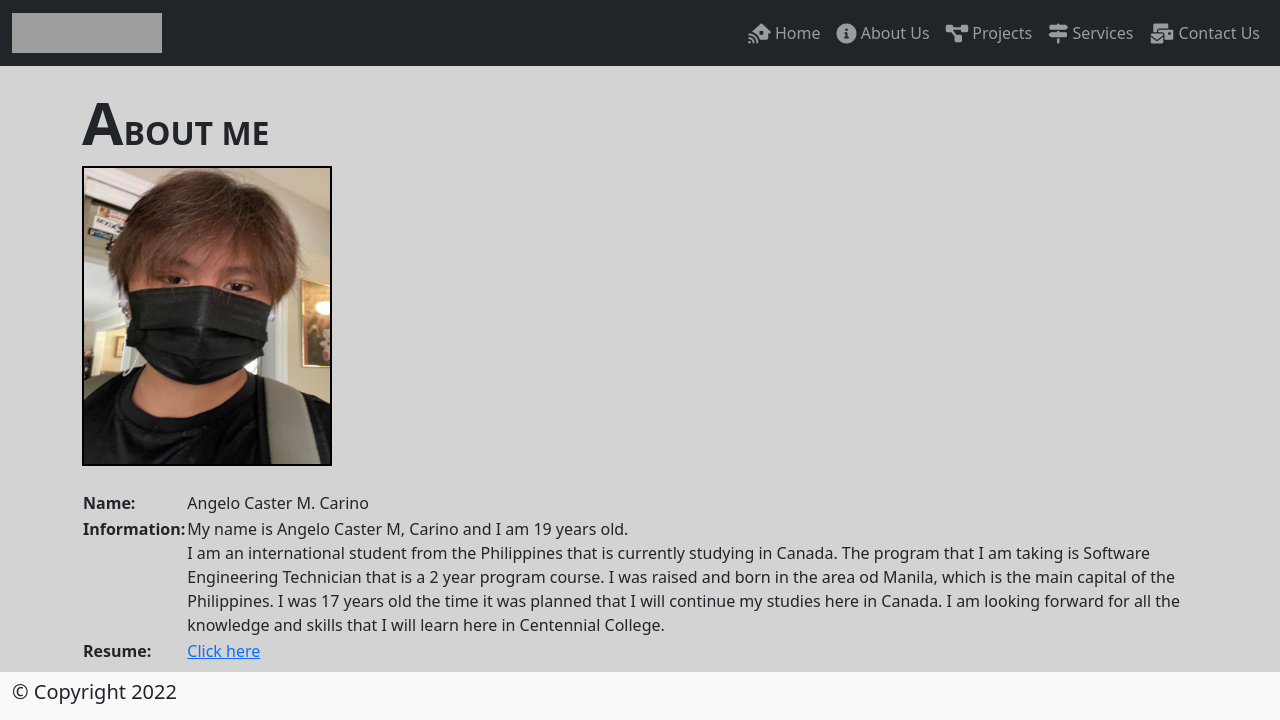
Repository: acarino4/Express-Portfolio-Site
Page: http://localhost/about
These files come from the project's save history. The page is drawn as it stood at one moment and after the next save; the edit follows.
The browser window is 1280 px wide. The pictures show the whole page.
Pictures or frames that could not be fetched are drawn as grey boxes. The page is served by the project's Node server (server.js). Other server files are loaded and not shown.

Above is the page before, as saved 2022-10-08 18:48:45.

### Server/Views/index.ejs
<!--
    *****************************************
    * File Name: MyExpressPortfolio         *
    * Students Name: Jenyll Mabborang       *
    * Student ID: 301225121                 *
    * Date: June 06, 2022                   *
    *****************************************
-->

<!DOCTYPE html>
<html lang="en">
<head>
    <meta charset="UTF-8">
    <meta http-equiv="X-UA-Compatible" content="IE=edge">
    <meta name="viewport" content="width=device-width, initial-scale=1.0">
    <title><%= title %></title>
    <!-- CSS Goes Here -->
    <link rel="stylesheet" href="./bootstrap/dist/css/bootstrap.min.css">
    <link rel="stylesheet" href="./@fortawesome/fontawesome-free/css/all.min.css">
    <link rel="stylesheet" href="./Content/app.css">
</head>
<body>
    <!-- Main Navigation Section -->
    <header>
        <%- include('components/header.ejs'); %> <!-- Inserts or injects my header.ejs inside my header-->
    </header>

    <!-- Content Section -->
    <main>
        <%- include('content/' + page + '.ejs'); %>
    </main>

    <!-- Site-wide Footer Section -->
    <footer>
        <!-- Site-wide footer -->
        <%- include('components/footer.ejs'); %> <!-- Inserts or injects my footerr.ejs inside my footer-->
    </footer>

    <!-- JavaScript goes here -->
    <script src="./jquery/dist/jquery.min.js"></script>
    <script src="./bootstrap/dist/js/bootstrap.min.js"></script>
    <script src="./@fortawesome/fontawesome-free/js/all.min.js"></script>
    <script src="./Scripts/app.js"></script>
</body>
</html>

### Server/Views/components/header.ejs
<!--
  Name: Angelo Caster M. Carino
  Student ID: 301223955
  Assignment 1: Express Portfolio Site
-->
<nav class="navbar navbar-expand-lg navbar-dark bg-dark">
    <div class="container-fluid">
      <a class="navbar-brand" href="/"><img src="./Assets/images/logo.png" alt="" width="150" height="40"></i> </a>
      <button class="navbar-toggler" type="button" data-bs-toggle="collapse" data-bs-target="#navbarSupportedContent" aria-controls="navbarSupportedContent" aria-expanded="false" aria-label="Toggle navigation">
        <span class="navbar-toggler-icon"></span>
      </button>
      <div class="collapse navbar-collapse" id="navbarSupportedContent">
        <ul class="navbar-nav ms-auto mb-2 mb-lg-0">

          <!-- Home Page link -->
          <li class="nav-item">
            <a class="nav-link" aria-current="page" href="/home"><i class="fa-solid fa-house-signal fa-lg"></i> Home</a>
          </li>

          <!-- About Page link -->
          <li class="nav-item">
            <a class="nav-link" aria-current="page" href="/about"><i class="fa-solid fa-circle-info fa-lg"></i></i> About Us</a>
          </li>

          <!-- Projects Page link -->
          <li class="nav-item">
            <a class="nav-link" aria-current="page" href="/projects"><i class="fa-solid fa-diagram-project fa-lg"></i></i> Projects</a>
          </li>

          <!-- Services Page link -->
          <li class="nav-item">
            <a class="nav-link" aria-current="page" href="/services"><i class="fa-solid fa-signs-post fa-lg"></i></i> Services</a>
          </li>

          <!-- Contact Page link -->
          <li class="nav-item">
            <a class="nav-link" aria-current="page" href="/contact"><i class="fa-solid fa-envelopes-bulk fa-lg"></i> Contact Us</a>
          </li>

        </ul>
      </div>
    </div>
  </nav>

### Server/Views/content/about.ejs
<!--
  Name: Angelo Caster M. Carino
  Student ID: 301223955
  Assignment 1: Express Portfolio Site
-->
<!-- ABOUT.EJS body content section -->
<head>
    <style>
        body {
            background-color:lightgray;
        }
        .div1 {
            border: 1px solid black;
            padding: 12px;
            background-color: grey;
        }

   </style>

</head>
<div class="container" style="padding-top: 20px;">
    <h2><strong><span style = "font-size: 60px">A</span>BOUT ME</strong></h2>
    <table>
        <!-- My personal image -->
        <img src="./Assets/images/caster.jpg" alt="" width="250" height="300" style = "border: 2px solid black; border-style: double;">
        <br>
        <br>
        <div class = "">
        <tr>
            <td><strong>Name: </strong> </td>
            <td> Angelo Caster M. Carino </td>
        </tr>

        <tr>
            <!-- Short paragraph of who I am -->
            <td valign="top"><strong> Information: </strong> </td>
            <td>My name is Angelo Caster M, Carino and I am 19 years old.<br>
                I am an international student from the Philippines that is currently studying in Canada.
                The program that I am taking is Software Engineering Technician that is a 2 year program course.
                I was raised and born in the area od Manila, which is the main capital of the Philippines.
                I was 17 years old the time it was planned that I will continue my studies here in Canada.
                I am looking forward for all the knowledge and skills that I will learn here in Centennial College.




            </td>
        </tr>

        <tr>
            <!-- Link to my resume (PDF version) -->
            <td><strong> Resume: </strong></td>
            <td><a href="./Assets/pdf/Resume-Angelo-Caster-M-Carino.pdf"> Click here </a></td>
            <td></td>
        </tr>
    </table>
    </div>
</div>

### Server/Views/components/footer.ejs
<!--
  Name: Angelo Caster M. Carino
  Student ID: 301223955
  Assignment 1: Express Portfolio Site
-->

<nav class="navbar fixed-bottom bg-light">
    <div class="container-fluid">
      <h5 id="copyright">&copy; Copyright 2022 </h5>
    </div>
</nav>

### server.js
#!/usr/bin/env node
"use strict";
var __importDefault = (this && this.__importDefault) || function (mod) {
    return (mod && mod.__esModule) ? mod : { "default": mod };
};
Object.defineProperty(exports, "__esModule", { value: true });
const app_1 = __importDefault(require("./Server/Config/app"));
const debug_1 = __importDefault(require("debug"));
(0, debug_1.default)('lesson4:server');
const http_1 = __importDefault(require("http"));
const port = normalizePort(process.env.PORT || '3000');
app_1.default.set('port', port);
const server = http_1.default.createServer(app_1.default);
server.listen(port);
server.on('error', onError);
server.on('listening', onListening);
function normalizePort(val) {
    var port = parseInt(val, 10);
    if (isNaN(port)) {
        return val;
    }
    if (port >= 0) {
        return port;
    }
    return false;
}
function onError(error) {
    if (error.syscall !== 'listen') {
        throw error;
    }
    let bind = typeof port === 'string'
        ? 'Pipe ' + port
        : 'Port ' + port;
    switch (error.code) {
        case 'EACCES':
            console.error(bind + ' requires elevated privileges');
            process.exit(1);
            break;
        case 'EADDRINUSE':
            console.error(bind + ' is already in use');
            process.exit(1);
            break;
        default:
            throw error;
    }
}
function onListening() {
    let addr = server.address();
    let bind = 'pipe ' + addr;
    (0, debug_1.default)('Listening on ' + bind);
}
//# sourceMappingURL=server.js.map

### Server/Routes/index.js
"use strict";
var __importDefault = (this && this.__importDefault) || function (mod) {
    return (mod && mod.__esModule) ? mod : { "default": mod };
};
Object.defineProperty(exports, "__esModule", { value: true });
const express_1 = __importDefault(require("express"));
const router = express_1.default.Router();
router.get('/', function (req, res, next) {
    res.render('index', { title: 'Home', page: 'home' });
});
router.get('/home', function (req, res, next) {
    res.render('index', { title: 'Home', page: 'home' });
});
router.get('/about', function (req, res, next) {
    res.render('index', { title: 'About Us', page: 'about' });
});
router.get('/projects', function (req, res, next) {
    res.render('index', { title: 'Our Projects', page: 'projects' });
});
router.get('/services', function (req, res, next) {
    res.render('index', { title: 'Our Services', page: 'services' });
});
router.get('/contact', function (req, res, next) {
    res.render('index', { title: 'Contact Us', page: 'contact' });
});
exports.default = router;
//# sourceMappingURL=index.js.map

### Client/Content/app.css
/*CUSTOM CSS GOES HERE*/

### Client/Scripts/app.js
"use strict";
(function () {
    function Start() {
        console.log("App Started!");
        let XHR = new XMLHttpRequest();
        XHR.open("GET", "../data/data.json");
        XHR.send();
        XHR.addEventListener("readystatechange", function () {
            if (XHR.readyState == 4 && XHR.status == 200) {
                console.log("JSON Data:");
                console.log("===========");
                console.log(XHR.responseText);
            }
        });
    }
    window.addEventListener("load", Start);
})();
//# sourceMappingURL=app.js.map

### Client/data/data.json
{
    "FullName": "Jenyll Mabborang",
    "ContactNumber": "564315584",
    "EmailAddress": "jenyll@example.com"
}

After the next save:
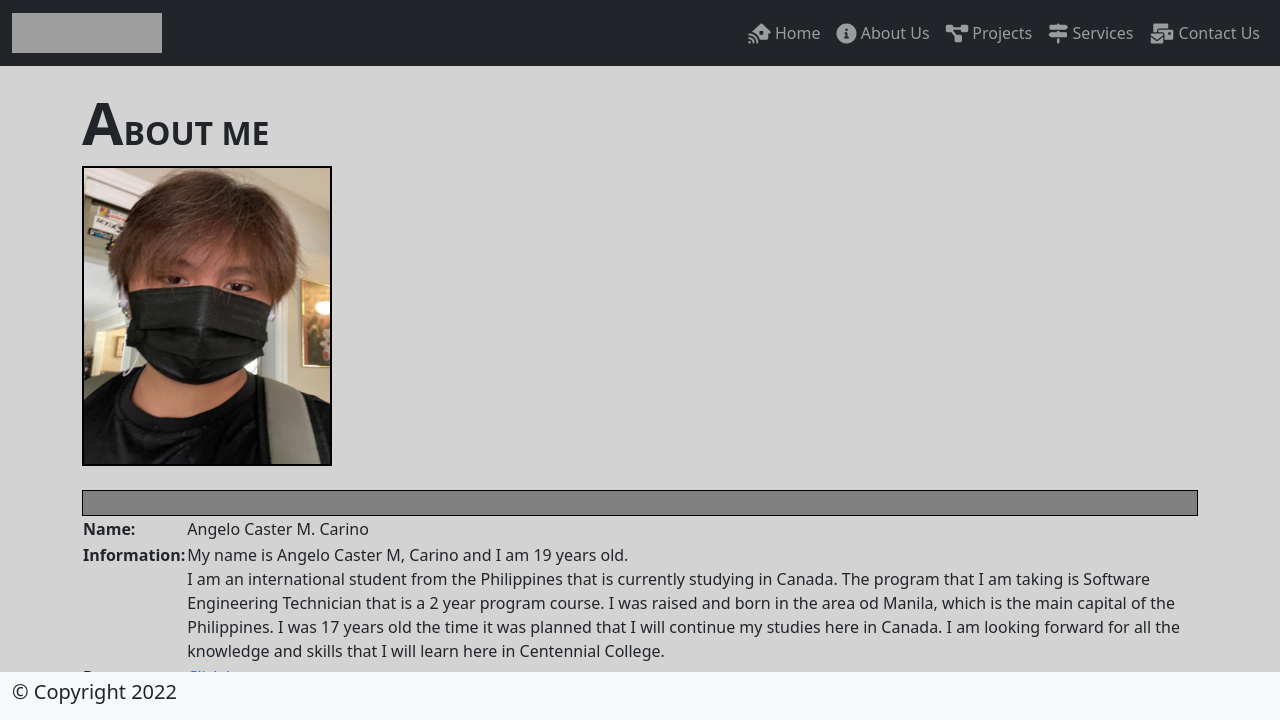
Saved 13 s later.
--- a/Server/Views/content/about.ejs
+++ b/Server/Views/content/about.ejs
@@ -25,7 +25,7 @@
         <img src="./Assets/images/caster.jpg" alt="" width="250" height="300" style = "border: 2px solid black; border-style: double;">
         <br>
         <br>
-        <div class = "">
+        <div class = "div1">
         <tr>
             <td><strong>Name: </strong> </td>
             <td> Angelo Caster M. Carino </td>
